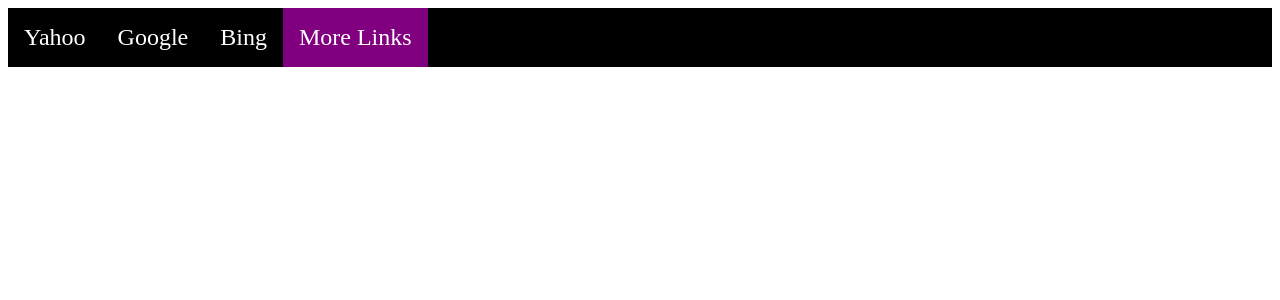
Repository: Artlepop/Artlepop.github.io
Page: index.html
The author's editor kept a record of every edit. The page is drawn from the files as they stood at one moment, then again after the next edit.
The browser window is 1280 px wide. The pictures show the whole page.
The pointer rests on the first visible `.morelinks`.

Above is the page before.

### index.html
<!DOCTYPE html>
<html>
  <head>

    <title>repl.it</title>

    <style>
      .navbar{
        background-color: black;
        width: 100%;
        height: 59px;
      }

      .navbar a, .morelinks {
        color: white;
        font-size: 24px;
        text-decoration: none;
        padding:16px;
        float:left;
      }

      .navbar a:hover, .morelinks:hover{
        background-color: Purple;
      }

      .morelinks:hover .dropdown-content{
        display:block;
      }

      .dropdown-content{
        position: absolute;
        display: none;
      }

      .dropdown{
        background-color: Black;
        color: White;
        float: Left;
        text-decoration: none;
        font-size: 24px;
      }

      .dropdown a{
        float: none;
        display: block;
      }



    </style>

  </head>
  <body>
    <div class="navbar">
      <a href="https://www.yahoo.com">Yahoo</a>
      <a href="https://www.google.com">Google</a>
      <a href="https://www.bing.com">Bing</a>
      <div class="dropdown">
        <div class="morelinks">More Links</div>
        <div class="dropdown-content">
          <a href="https://www.awseducate.com">AWS Educate</a>
          <a href="https://www.collegeboard.org">College Board</a>
        </div>
      </div>

    </div>

  </body>
</html>

After the next edit:
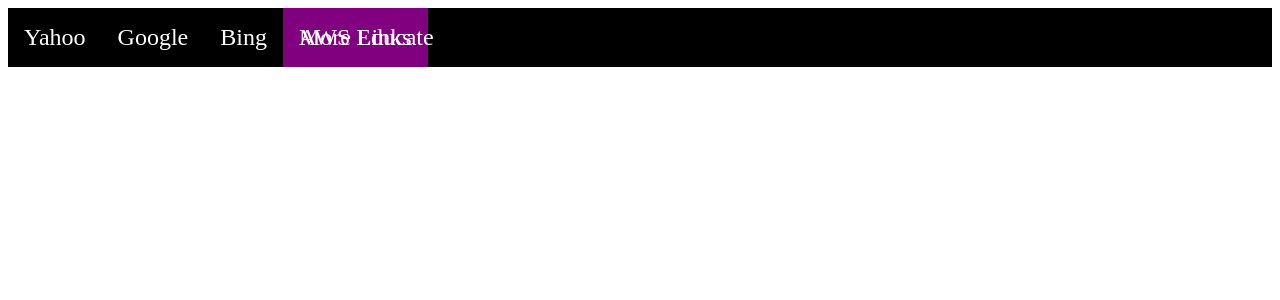
The edit:
--- a/index.html
+++ b/index.html
@@ -23,7 +23,7 @@
         background-color: Purple;
       }
 
-      .morelinks:hover .dropdown-content{
+      .dropdown:hover .dropdown-content{
         display:block;
       }
 
